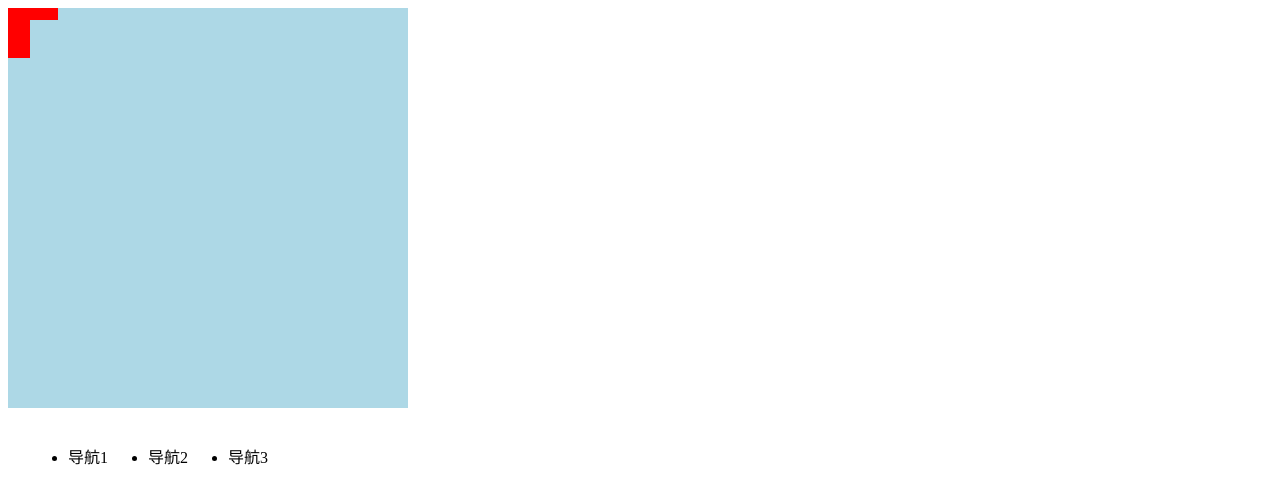
Repository: yuanliumaker/html-css-js
Page: css/float.html
An editor plug-in stored every save of this project. The page is shown before and after the next save, followed by the edit.
The browser window is 1280 px wide. The pictures show the whole page.

Above is the page before, as saved 2025-08-31 18:29:01.

### css/float.html
<!-- float属性定义元素在哪个方向上浮动,任何元素都可以浮动 方向 left right
 浮动以后元素脱离了文档流 这样解决了文档流比如说两个块之间存在间隙的问题
 当所有元素同时浮动的时候,会变成水平摆放,向左或者向右 应用场景将元素横向摆放
 当某些元素不想被float影响时,直接用clear:both清除float即可-->
 <!DOCTYPE html>
 <html lang="en">
 <head>
    <meta charset="UTF-8">
    <meta name="viewport" content="width=device-width, initial-scale=1.0">
    <title>Document</title>
    <style>
        .box{
            width:50px;
            height:50px;
            float:left; /* left right none  */
            background-color:red;
        }
        .container{
            width:400px;
            height:400px;
            background-color:lightblue;

        }
        li{
            float:left;
            margin:20px;
        }
        /* 位置 position: relative absolute */
        .box2{
            width:40px;
            height:40px;
            background-color:lightblue;
            position: absolute;
            top:20px;
            left:30px;/*距左30,上方20 positon选择absolute侯脱离了文档流*/

        }
    </style>
 </head>
 <body>
    <div class="box"></div>
    <div class="container"></div>
    <ul>
        <li>导航1</li>
        <li>导航2</li>
        <li>导航3</li>
    </ul>

    <div class="box2"></div>
 </body>
 </html>

After the next save:
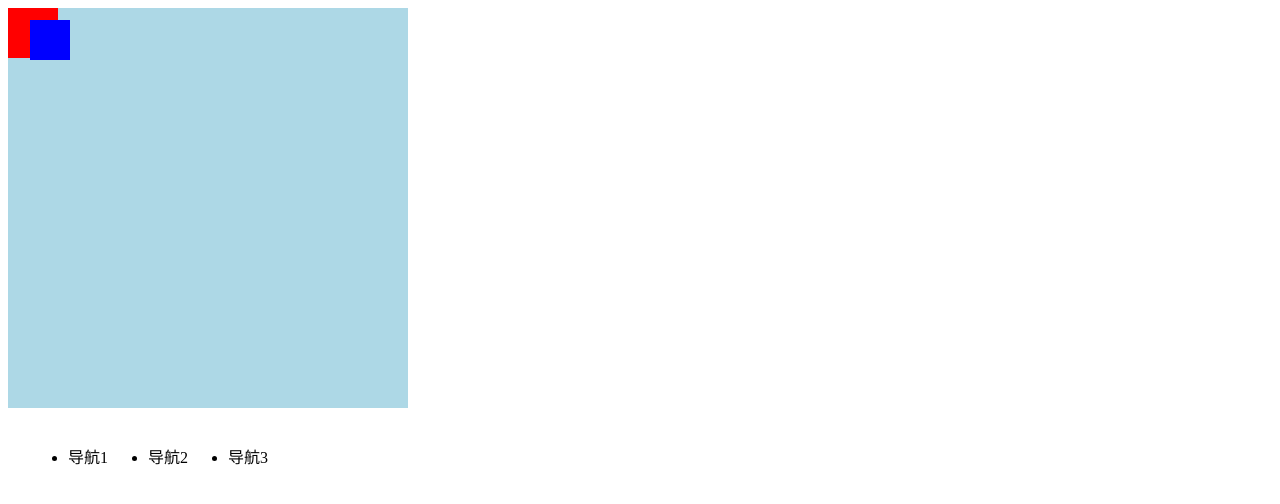
Saved 29 s later.
--- a/css/float.html
+++ b/css/float.html
@@ -29,7 +29,7 @@
         .box2{
             width:40px;
             height:40px;
-            background-color:lightblue;
+            background-color:blue;
             position: absolute;
             top:20px;
             left:30px;/*距左30,上方20 positon选择absolute侯脱离了文档流*/
